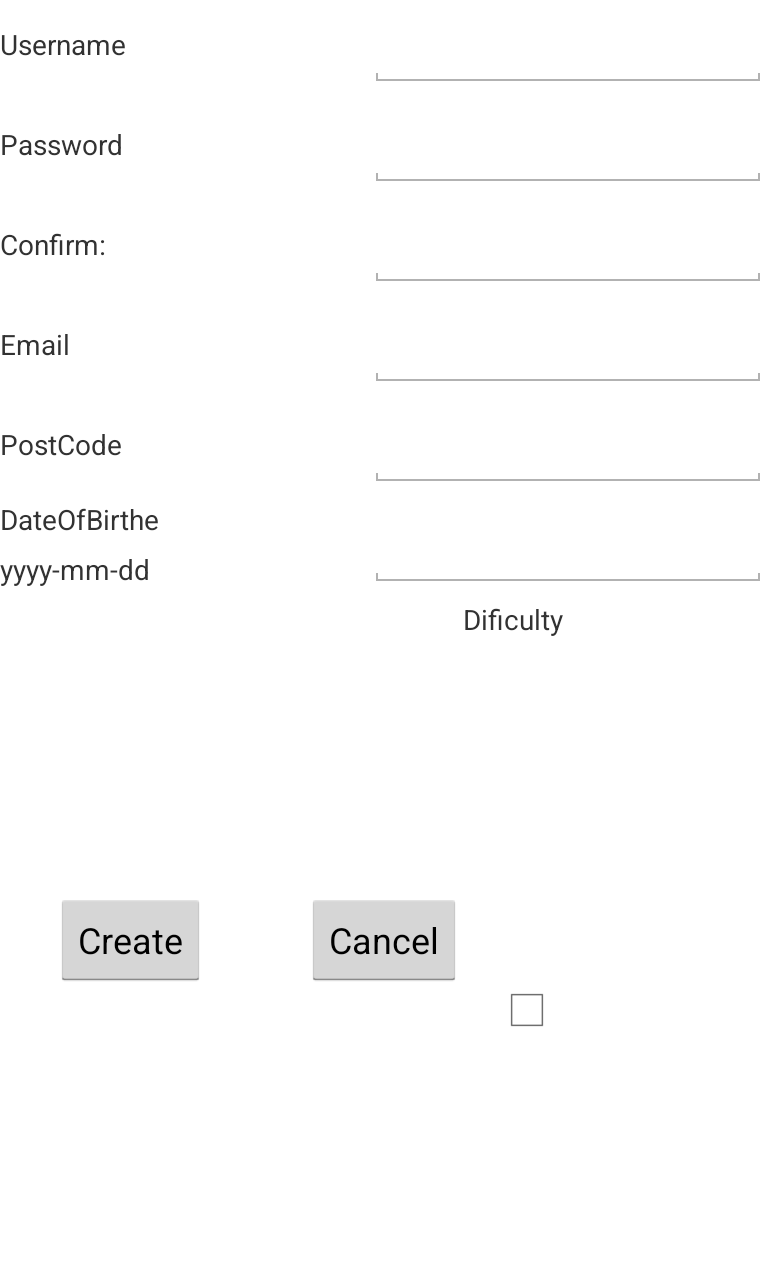
Repository: mpdehnel/seg
Layout: VectorOne/res/layout/activity_addnewuser.xml
These files come from the project's save history. The layout is drawn as it stood at one moment and after the next save; the edit follows.
It is drawn on a 768 x 1280 px phone screen (xhdpi) without system bars, with theme AppTheme; the app's code is not run.

Above is the layout before, as saved 2013-03-14 06:31:38.

### VectorOne/res/layout/activity_addnewuser.xml
<?xml version="1.0" encoding="utf-8"?>
<LinearLayout xmlns:android="http://schemas.android.com/apk/res/android"
    android:id="@+id/AddNewUser"
    android:layout_width="match_parent"
    android:layout_height="match_parent"
    android:orientation="vertical" >

    <RelativeLayout
        android:layout_width="match_parent"
        android:layout_height="50dp" >

        <EditText
            android:id="@+id/UsernameInput"
            android:layout_width="200dp"
            android:layout_height="wrap_content"
            android:layout_alignParentRight="true"
            android:layout_centerVertical="true"
            android:layout_weight="1"
            android:ems="10" />

        <TextView
            android:id="@+id/UsernameLabel"
            android:layout_width="100dp"
            android:layout_height="25dp"
            android:layout_alignParentLeft="true"
            android:layout_centerVertical="true"
            android:text="Username" />
    </RelativeLayout>

    <RelativeLayout
        android:layout_width="match_parent"
        android:layout_height="50dp" >

        <EditText
            android:id="@+id/PasswordInput"
            android:layout_width="200dp"
            android:layout_height="wrap_content"
            android:layout_alignParentRight="true"
            android:layout_centerVertical="true"
            android:layout_weight="1"
            android:ems="10"
            android:inputType="textPassword" />

        <TextView
            android:id="@+id/passwordAddNewUser"
            android:layout_width="100dp"
            android:layout_height="25dp"
            android:layout_alignParentLeft="true"
            android:layout_centerVertical="true"
            android:text="Password" />
    </RelativeLayout>

    <RelativeLayout
        android:layout_width="match_parent"
        android:layout_height="50dp" >

        <EditText
            android:id="@+id/PasswordInputConfirm"
            android:layout_width="200dp"
            android:layout_height="wrap_content"
            android:layout_alignParentRight="true"
            android:layout_centerVertical="true"
            android:ems="10"
            android:inputType="textPassword" />

        <TextView
            android:id="@+id/PasswordConfirm"
            android:layout_width="100dp"
            android:layout_height="25dp"
            android:layout_alignParentLeft="true"
            android:layout_centerVertical="true"
            android:text="Confirm:" />
    </RelativeLayout>

    <RelativeLayout
        android:layout_width="match_parent"
        android:layout_height="50dp"
        android:orientation="horizontal" >

        <EditText
            android:id="@+id/EmailInput"
            android:layout_width="200dp"
            android:layout_height="wrap_content"
            android:layout_alignParentRight="true"
            android:layout_centerVertical="true"
            android:ems="10"
            android:inputType="textEmailAddress" />

        <TextView
            android:id="@+id/Email"
            android:layout_width="100dp"
            android:layout_height="25dp"
            android:layout_alignParentLeft="true"
            android:layout_centerVertical="true"
            android:text="Email" />
    </RelativeLayout>

    <RelativeLayout
        android:layout_width="match_parent"
        android:layout_height="50dp" >

        <EditText
            android:id="@+id/PostCodeInput"
            android:layout_width="200dp"
            android:layout_height="wrap_content"
            android:layout_alignParentRight="true"
            android:layout_centerVertical="true"
            android:ems="10"
            android:inputType="text" />

        <TextView
            android:id="@+id/PostCode"
            android:layout_width="100dp"
            android:layout_height="25dp"
            android:layout_alignParentLeft="true"
            android:layout_centerVertical="true"
            android:text="PostCode" />
    </RelativeLayout>

    <RelativeLayout
        android:layout_width="match_parent"
        android:layout_height="50dp"
        android:orientation="horizontal" >

        <TextView
            android:id="@+id/DateOfBirth"
            android:layout_width="100dp"
            android:layout_height="25dp"
            android:layout_alignParentLeft="true"
            android:text="DateOfBirthe" />

        <TextView
            android:id="@+id/format"
            android:layout_width="wrap_content"
            android:layout_height="wrap_content"
            android:layout_alignParentLeft="true"
            android:layout_below="@+id/DateOfBirth"
            android:text="yyyy-mm-dd" />

        <EditText
            android:id="@+id/Date"
            android:layout_width="200dp"
            android:layout_height="wrap_content"
            android:layout_alignParentRight="true"
            android:layout_centerVertical="true"
            android:ems="10"
            android:inputType="date" />
    </RelativeLayout>

    <RelativeLayout
        android:layout_width="match_parent"
        android:layout_height="match_parent" >

        <Button
            android:id="@+id/CreateUser"
            android:layout_width="wrap_content"
            android:layout_height="wrap_content"
            android:layout_alignBaseline="@+id/Cancel"
            android:layout_alignBottom="@+id/Cancel"
            android:layout_alignParentLeft="true"
            android:layout_marginLeft="27dp"
            android:text="Create" />

        <Button
            android:id="@+id/Cancel"
            android:layout_width="wrap_content"
            android:layout_height="wrap_content"
            android:layout_centerHorizontal="true"
            android:layout_centerVertical="true"
            android:text="Cancel" />

        <CheckBox
            android:id="@+id/hardcoreMode"
            android:layout_width="100dp"
            android:layout_height="100dp"
            android:layout_alignBaseline="@+id/Cancel"
            android:layout_alignBottom="@+id/Cancel"
            android:layout_marginLeft="16dp"
            android:layout_toRightOf="@+id/Cancel"
            android:text="@string/leer" />

        <TextView
            android:id="@+id/Dificulty"
            android:layout_width="wrap_content"
            android:layout_height="wrap_content"
            android:layout_alignParentTop="true"
            android:layout_toRightOf="@+id/Cancel"
            android:text="Dificulty" />

    </RelativeLayout>

</LinearLayout>

### VectorOne/res/values/strings.xml
<resources>

    <string name="app_name">CacheCaptains</string>
    <string name="username">Username</string>
    <string name="button_maps">View</string>
    <string name="button_settings">Settings</string>
    <string name="button_user">Me</string>
    <string name="button_cachselect">Caches</string>
    <string name="button_login">LogIn</string>
    <string name="button_clear">Clear</string>
    <string name="button_registration">Register</string>
    <string name="lable_username">username:</string>
    <string name="lable_password">password:</string>
    <string name="question">Help</string>

    <string-array name="Cachs">
        <item>Yes</item>
        <item>No</item>
        <item>All</item>
    </string-array>
    <string-array name="Team">
        <item>My</item>
        <item>NotMine</item>
        <item>All</item>
    </string-array>
    <string-array name="Distance">
        <item>500</item>
        <item>1000</item>
        <item>2000</item>
        <item>5000</item>
        <item>10000</item>
        <item>All</item>
    </string-array>
    <string-array name="Unit">
        <item>m-km</item>
        <item>ft-mile</item>
    </string-array>
       <string-array name="sort">
        <item>name</item>
        <item>distance</item>
    </string-array>

    <string name="leer"></string>

    <string name="addnewCachebutton">AddNewCache</string>

</resources>

Loaded but not shown: VectorOne/res/values/styles.xml (common file); VectorOne/res/values-v11/styles.xml (common file); VectorOne/res/values-v14/styles.xml (common file)

After the next save:
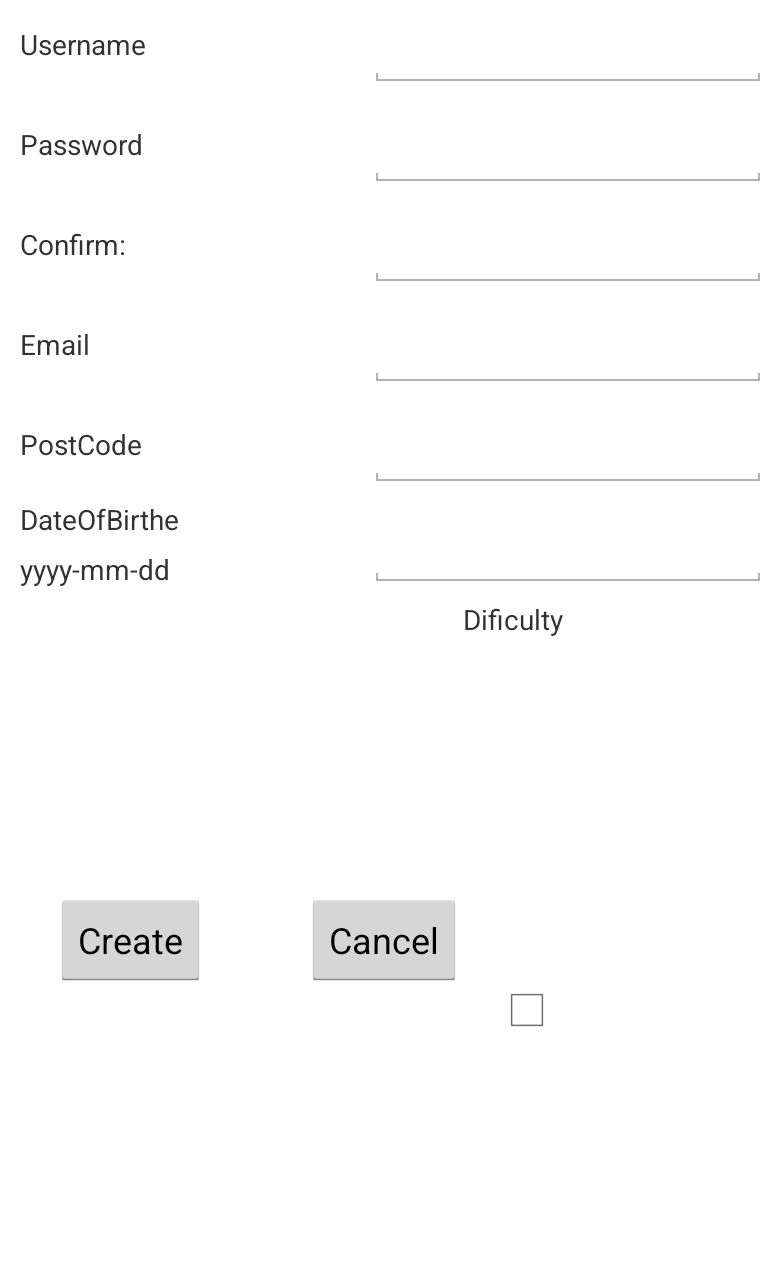
Saved 9 min 53 s later.
--- a/VectorOne/res/layout/activity_addnewuser.xml
+++ b/VectorOne/res/layout/activity_addnewuser.xml
@@ -24,6 +24,7 @@
             android:layout_height="25dp"
             android:layout_alignParentLeft="true"
             android:layout_centerVertical="true"
+            android:layout_marginLeft="10dp"
             android:text="Username" />
     </RelativeLayout>
 
@@ -47,6 +48,7 @@
             android:layout_height="25dp"
             android:layout_alignParentLeft="true"
             android:layout_centerVertical="true"
+            android:layout_marginLeft="10dp"
             android:text="Password" />
     </RelativeLayout>
 
@@ -69,6 +71,7 @@
             android:layout_height="25dp"
             android:layout_alignParentLeft="true"
             android:layout_centerVertical="true"
+            android:layout_marginLeft="10dp"
             android:text="Confirm:" />
     </RelativeLayout>
 
@@ -92,6 +95,7 @@
             android:layout_height="25dp"
             android:layout_alignParentLeft="true"
             android:layout_centerVertical="true"
+            android:layout_marginLeft="10dp"
             android:text="Email" />
     </RelativeLayout>
 
@@ -114,6 +118,7 @@
             android:layout_height="25dp"
             android:layout_alignParentLeft="true"
             android:layout_centerVertical="true"
+            android:layout_marginLeft="10dp"
             android:text="PostCode" />
     </RelativeLayout>
 
@@ -127,6 +132,7 @@
             android:layout_width="100dp"
             android:layout_height="25dp"
             android:layout_alignParentLeft="true"
+            android:layout_marginLeft="10dp"
             android:text="DateOfBirthe" />
 
         <TextView
@@ -135,6 +141,7 @@
             android:layout_height="wrap_content"
             android:layout_alignParentLeft="true"
             android:layout_below="@+id/DateOfBirth"
+            android:layout_marginLeft="10dp"
             android:text="yyyy-mm-dd" />
 
         <EditText
@@ -186,7 +193,6 @@
             android:layout_alignParentTop="true"
             android:layout_toRightOf="@+id/Cancel"
             android:text="Dificulty" />
-
     </RelativeLayout>
 
 </LinearLayout>
